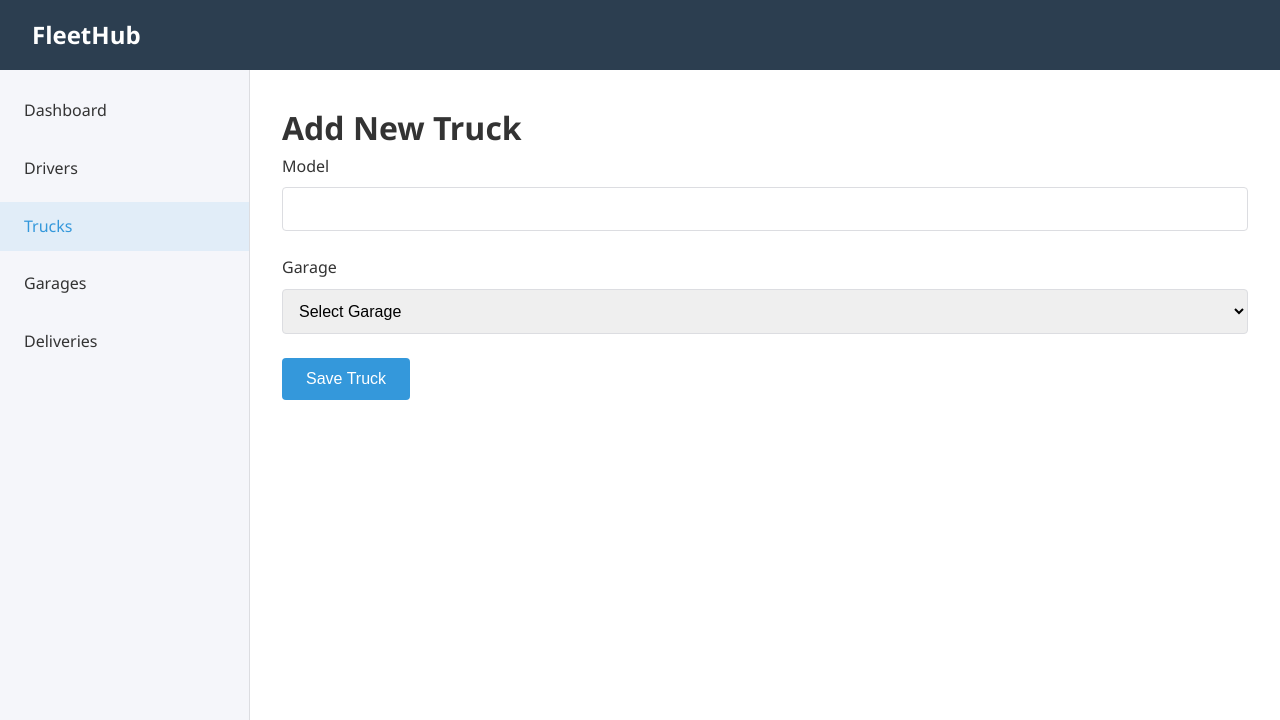
Repository: fevren2001/fleethub
Page: /trucks/new (app in fleethub-frontend/)
These files come from the project's save history. The page is drawn as it stood at one moment and after the next save; the edit follows.
The browser window is 1280 px wide. The pictures show the whole page.
The page's requests for data from a server got no answer. The project was rebuilt for these pictures with package versions that can differ from the ones it lists, and the page was loaded fresh each time. No one was signed in, and anything a server would have sent is missing. Also part of the build but not shown: fleethub-frontend/vite.config.ts, fleethub-frontend/src/components/common/ProtectedRoute.tsx, fleethub-frontend/src/pages/Login.tsx, fleethub-frontend/src/api/deliveries.ts, fleethub-frontend/src/pages/Dashboard.tsx, fleethub-frontend/src/pages/Drivers/DriversList.tsx, fleethub-frontend/src/pages/Drivers/DriverDetail.tsx, fleethub-frontend/src/components/drivers/DriverForm.tsx and 11 more.

Above is the page before, as saved 2025-07-20 00:05:37.

### fleethub-frontend/src/App.tsx
import React from 'react';
import { BrowserRouter, Routes, Route, Navigate } from 'react-router-dom';
import { AuthProvider } from './context/AuthContext';
import ProtectedRoute from './components/common/ProtectedRoute';

// Pages
import Login from './pages/Login';
import Dashboard from './pages/Dashboard';

// Driver Pages
import DriversList from './pages/Drivers/DriversList';
import DriverDetail from './pages/Drivers/DriverDetail';
import CreateDriver from './pages/Drivers/CreateDriver';
import DriverEdit from './pages/Drivers/DriverEdit';

// Truck Pages
import TrucksList from './pages/Trucks/TrucksList';
import TruckDetail from './pages/Trucks/TruckDetail';
import CreateTruck from './pages/Trucks/CreateTruck';
import TruckEdit from './pages/Trucks/TruckEdit';

// Garage Pages
import GaragesList from './pages/Garages/GaragesList';
import GarageDetail from './pages/Garages/GarageDetail';
import CreateGarage from './pages/Garages/CreateGarage';
import GarageEdit from './pages/Garages/GarageEdit';

// Deliveries Page
import DeliveriesList from './pages/Deliveries/DeliveriesList';

function App() {
  return (
    <AuthProvider>
      <BrowserRouter>
        <Routes>
          <Route path="/login" element={<Login />} />

          <Route path="/" element={
            <ProtectedRoute>
              <Dashboard />
            </ProtectedRoute>
          } />

          {/* Driver Routes */}
          <Route path="/drivers" element={<DriversList />} />
          <Route path="/drivers/new" element={<CreateDriver />} />
          <Route path="/drivers/:id" element={<DriverDetail />} />
          <Route path="/drivers/:id/edit" element={<DriverEdit />} />

          {/* Truck Routes */}
          <Route path="/trucks" element={<TrucksList />} />
          {/* <Route path="/trucks/create" element={<CreateTruck />} /> */}
          <Route path="/trucks/new" element={<CreateTruck />} />

          <Route path="/trucks/:id" element={<TruckDetail />} />
          <Route path="/trucks/edit/:id" element={<TruckEdit />} />

          {/* Garage Routes */}
          <Route path="/garages" element={<GaragesList />} />
          <Route path="/garages/create" element={<CreateGarage />} />
          <Route path="/garages/:id" element={<GarageDetail />} />
          <Route path="/garages/edit/:id" element={<GarageEdit />} />

          {/* Deliveries Route */}
          <Route path="/deliveries" element={<DeliveriesList />} />

          <Route path="*" element={<Navigate to="/" replace />} />
        </Routes>
      </BrowserRouter>
    </AuthProvider>
  );
}

export default App;

### fleethub-frontend/src/context/AuthContext.tsx
// src/context/AuthContext.tsx
import React, { createContext, useState, useEffect } from 'react';
import { login as apiLogin, getCurrentUser } from '../api/auth';

interface AuthContextType {
  user: any | null;
  isAuthenticated: boolean;
  isLoading: boolean;
  login: (email: string, password: string) => Promise<void>;
  logout: () => void;
}

export const AuthContext = createContext<AuthContextType>({} as AuthContextType);

export const AuthProvider: React.FC<{children: React.ReactNode}> = ({ children }) => {
  const [user, setUser] = useState<any | null>(null);
  const [isLoading, setIsLoading] = useState(true);

  useEffect(() => {
    const checkAuth = async () => {
      const token = localStorage.getItem('token');
      if (token) {
        try {
          const userData = await getCurrentUser();
          setUser(userData);
        } catch (error) {
          localStorage.removeItem('token');
        }
      }
      setIsLoading(false);
    };

    checkAuth();
  }, []);

  const login = async (email: string, password: string) => {
    setIsLoading(true);
    try {
      const { token, user } = await apiLogin({ email, password });
      localStorage.setItem('token', token);
      setUser(user);
    } finally {
      setIsLoading(false);
    }
  };

  const logout = () => {
    localStorage.removeItem('token');
    setUser(null);
  };

  return (
    <AuthContext.Provider value={{ user, isAuthenticated: !!user, isLoading, login, logout }}>
      {children}
    </AuthContext.Provider>
  );
};

### fleethub-frontend/src/pages/Trucks/CreateTruck.tsx
// src/pages/Trucks/CreateTruck.tsx
import React, { useState } from 'react';
import { useNavigate } from 'react-router-dom';
import MainLayout from '../../components/common/MainLayout';
import TruckForm from '../../components/trucks/TruckForm';
import { createTruck } from '../../api/trucks';
import { TruckFormData } from '../../types/truck';

const CreateTruck: React.FC = () => {
  const [isSubmitting, setIsSubmitting] = useState(false);
  const [error, setError] = useState('');
  const navigate = useNavigate();

  const handleSubmit = async (data: TruckFormData) => {
    setIsSubmitting(true);
    setError('');

    try {
      // Convert skill to a number
      const formattedData = {
        ...data,
        skill: typeof data.model === 'string' ? data.garageId : data.garageId
      };

      await createTruck(formattedData);
      navigate('/trucks');
    } catch (err: any) {
      setError(err.response?.data?.message || 'Failed to create truck');
      console.error('Create error:', err); // Added for debugging
    } finally {
      setIsSubmitting(false);
    }
  };

  return (
    <MainLayout>
      <div className="create-truck">
        <h1>Add New Truck</h1>

        {error && <div className="error-message">{error}</div>}

        <TruckForm
          onSubmit={handleSubmit}
          isSubmitting={isSubmitting}
        />
      </div>
    </MainLayout>
  );
};

export default CreateTruck;

### fleethub-frontend/src/api/auth.ts
// src/api/auth.ts
import apiClient from './apiClient';

export interface LoginCredentials {
  email: string;
  password: string;
}

export interface AuthResponse {
  token: string;
  user: any;
}

export const login = async (credentials: LoginCredentials): Promise<AuthResponse> => {
  const response = await apiClient.post<AuthResponse>('/auth/login', credentials);
  return response.data;
};

export const register = async (userData: any): Promise<AuthResponse> => {
  const response = await apiClient.post<AuthResponse>('/auth/register', userData);
  return response.data;
};

export const getCurrentUser = async (): Promise<any> => {
  const response = await apiClient.get('/auth/me');
  return response.data;
};

### fleethub-frontend/src/hooks/useAuth.ts
// src/hooks/useAuth.ts
import { useContext } from 'react';
import { AuthContext } from '../context/AuthContext';

export const useAuth = () => {
  const context = useContext(AuthContext);
  if (context === undefined) {
    throw new Error('useAuth must be used within an AuthProvider');
  }
  return context;
};

### fleethub-frontend/src/components/common/MainLayout.tsx
// src/components/common/MainLayout.tsx
import React from 'react';
import Navbar from './Navbar';
import Sidebar from './Sidebar';

interface MainLayoutProps {
  children: React.ReactNode;
}

const MainLayout: React.FC<MainLayoutProps> = ({ children }) => {
  return (
    <div className="app-container">
      <Navbar />
      <div className="content-container">
        <Sidebar />
        <main className="main-content">
          {children}
        </main>
      </div>
    </div>
  );
};

export default MainLayout;

### fleethub-frontend/src/api/drivers.ts
import apiClient from './apiClient';
import { Driver, DriverFormData } from '../types/driver';

export const getAllDrivers = async (): Promise<Driver[]> => {
  const response = await apiClient.get<Driver[]>('/drivers');
  return response.data;
};

export const getDriverById = async (id: string): Promise<Driver> => {
  const response = await apiClient.get<Driver>(`/drivers/${id}`);
  return response.data;
};

export const createDriver = async (driverData: DriverFormData): Promise<Driver> => {
  const response = await apiClient.post<Driver>('/drivers', driverData);
  return response.data;
};
export const updateDriver = async (id: number, driverData: Partial<DriverFormData>): Promise<Driver> => {
  const { name, skill } = driverData;

  const response = await apiClient.put<Driver>(`/drivers/${id}`, { name, skill });
  return response.data;
};

export const deleteDriver = async (id: string): Promise<void> => {
  await apiClient.delete(`/drivers/${id}`);
};

export const assignToTruck = async (driverId: string, truckId: string): Promise<any> => {
  const response = await apiClient.post(`/drivers/${driverId}/assign/${truckId}`);
  return response.data;
};

export const removeFromTruck = async (truckId: string): Promise<any> => {
  const response = await apiClient.delete(`/trucks/${truckId}/driver`);
  return response.data;
};

### fleethub-frontend/src/api/trucks.ts
import apiClient from './apiClient';
import { Truck, TruckFormData } from '../types/truck';

export const getAllTrucks = async (): Promise<Truck[]> => {
  const response = await apiClient.get<Truck[]>('/trucks');
  return response.data;
};

export const getTruckById = async (id: string): Promise<Truck> => {
  const response = await apiClient.get<Truck>(`/trucks/${id}`);
  return response.data;
};

export const createTruck = async (truckData: TruckFormData): Promise<Truck> => {
  const response = await apiClient.post<Truck>('/trucks', truckData);
  return response.data;
};
export const updateTruck = async (id: number, truckData: Partial<TruckFormData>): Promise<Truck> => {
  const { model, garageId } = truckData;

  const response = await apiClient.put<Truck>(`/trucks/${id}`, { model, garageId });
  return response.data;
};

export const deleteTruck = async (id: string): Promise<void> => {
  await apiClient.delete(`/trucks/${id}`);
};

export const assignToTruck = async (truckId: string, truckId2: string): Promise<any> => {
  const response = await apiClient.post(`/trucks/${truckId}/assign/${truckId2}`);
  return response.data;
};

export const removeFromTruck = async (truckId: string): Promise<any> => {
  const response = await apiClient.delete(`/trucks/${truckId}/truck`);
  return response.data;
};

export const assignDriverToTruck = async (truckId: number, driverId: number): Promise<Truck> => {
  const response = await apiClient.post<Truck>(`/trucks/${truckId}/assign-driver`, { driverId });
  return response.data;
};

### fleethub-frontend/src/components/trucks/TruckForm.tsx
import React, { useState, useEffect } from 'react';
import { Truck, CreateTruckPayload, UpdateTruckPayload, TruckStatus } from '../../types/truck';
import { getAllGarages } from '../../api/garages';
import { getAllDrivers } from '../../api/drivers';

interface Garage {
  id: number;
  name: string;
  city: string;
}

interface Driver {
  id: number;
  name: string;
}

interface TruckFormProps {
  initialData?: Partial<Truck>;
  onSubmit: (data: CreateTruckPayload | UpdateTruckPayload) => void;
  isSubmitting: boolean;
}

const TruckForm: React.FC<TruckFormProps> = ({ initialData = {}, onSubmit, isSubmitting }) => {
  const [formData, setFormData] = useState({
    model: initialData.model || '',
    status: initialData.status || 'idle' as TruckStatus,
    fuel: initialData.fuel || 100,
    condition: initialData.condition || 100,
    garageId: initialData.garageId || null as number | null,
    driverId: initialData.driverId || null as number | null
  });

  const [garages, setGarages] = useState<Garage[]>([]);
  const [drivers, setDrivers] = useState<Driver[]>([]);

  useEffect(() => {
    const loadData = async () => {
      try {
        const [garagesData, driversData] = await Promise.all([
          getAllGarages(),
          getAllDrivers()
        ]);
        setGarages(garagesData);
        setDrivers(driversData);
      } catch (error) {
        console.error('Failed to load form data:', error);
      }
    };

    loadData();
  }, []);

  const handleChange = (e: React.ChangeEvent<HTMLInputElement | HTMLSelectElement>) => {
    const { name, value, type } = e.target;

    if (type === 'range') {
      setFormData(prev => ({ ...prev, [name]: Number(value) }));
    } else if (name === 'garageId' || name === 'driverId') {
      setFormData(prev => ({
        ...prev,
        [name]: value ? Number(value) : null
      }));
    } else {
      setFormData(prev => ({ ...prev, [name]: value }));
    }
  };

  const handleSubmit = (e: React.FormEvent) => {
    e.preventDefault();

    if (initialData.id) {
      // Edit mode
      const updatePayload: UpdateTruckPayload = {
        model: formData.model,
        status: formData.status,
        fuel: formData.fuel,
        condition: formData.condition,
        garageId: formData.garageId,
        driverId: formData.driverId
      };
      onSubmit(updatePayload);
    } else {
      // Create mode
      const createPayload: CreateTruckPayload = {
        model: formData.model,
        garageId: formData.garageId
      };
      onSubmit(createPayload);
    }
  };

  const isEditing = !!initialData.id;

  return (
    <form onSubmit={handleSubmit} className="truck-form">
      <div className="form-group">
        <label htmlFor="model">Model</label>
        <input
          id="model"
          name="model"
          type="text"
          value={formData.model}
          onChange={handleChange}
          required
        />
      </div>

      {isEditing && (
        <>
          <div className="form-group">
            <label htmlFor="status">Status</label>
            <select
              id="status"
              name="status"
              value={formData.status}
              onChange={handleChange}
            >
              <option value="idle">Idle</option>
              <option value="en route">En Route</option>
              <option value="maintenance">Maintenance</option>
            </select>
          </div>

          <div className="form-group">
            <label htmlFor="fuel">Fuel ({formData.fuel}%)</label>
            <input
              type="range"
              id="fuel"
              name="fuel"
              min="0"
              max="100"
              value={formData.fuel}
              onChange={handleChange}
            />
          </div>

          <div className="form-group">
            <label htmlFor="condition">Condition ({formData.condition}%)</label>
            <input
              type="range"
              id="condition"
              name="condition"
              min="0"
              max="100"
              value={formData.condition}
              onChange={handleChange}
            />
          </div>
        </>
      )}

      <div className="form-group">
        <label htmlFor="garageId">Garage</label>
        <select
          id="garageId"
          name="garageId"
          value={formData.garageId || ''}
          onChange={handleChange}
        >
          <option value="">Select Garage</option>
          {garages.map((garage) => (
            <option key={garage.id} value={garage.id}>
              {garage.id} - {garage.city}
            </option>
          ))}
        </select>
      </div>

      {isEditing && (
        <div className="form-group">
          <label htmlFor="driverId">Driver</label>
          <select
            id="driverId"
            name="driverId"
            value={formData.driverId || ''}
            onChange={handleChange}
          >
            <option value="">Select Driver</option>
            {drivers.map((driver) => (
              <option key={driver.id} value={driver.id}>
                {driver.name}
              </option>
            ))}
          </select>
        </div>
      )}

      <button type="submit" className="submit-button" disabled={isSubmitting}>
        {isSubmitting ? 'Saving...' : isEditing ? 'Update Truck' : 'Save Truck'}
      </button>
    </form>
  );
};

export default TruckForm;

### fleethub-frontend/src/api/garages.ts
import apiClient from './apiClient';
import { Garage, CreateGaragePayload, UpdateGaragePayload } from '../types/garage';

export const getAllGarages = async (): Promise<Garage[]> => {
  const response = await apiClient.get<Garage[]>('/garages');
  return response.data;
};

export const getGarageById = async (id: string): Promise<Garage> => {
  const response = await apiClient.get<Garage>(`/garages/${id}`);
  return response.data;
};

export const createGarage = async (garageData: CreateGaragePayload): Promise<Garage> => {
  const response = await apiClient.post<Garage>('/garages', garageData);
  return response.data;
};

export const updateGarage = async (id: number, garageData: UpdateGaragePayload): Promise<Garage> => {
  const response = await apiClient.put<Garage>(`/garages/${id}`, garageData);
  return response.data;
};

export const deleteGarage = async (id: string): Promise<void> => {
  await apiClient.delete(`/garages/${id}`);
};

export const fetchGarages = getAllGarages; // Alias for compatibility

### fleethub-frontend/src/api/apiClient.ts
// src/api/apiClient.ts
import axios from 'axios';

const apiClient = axios.create({
  baseURL: 'http://localhost:5000', // adjust to your backend URL
  headers: {
    'Content-Type': 'application/json',
  },
});

apiClient.interceptors.request.use(
  (config) => {
    const token = localStorage.getItem('token');
    if (token) {
      config.headers.Authorization = `Bearer ${token}`;
    }
    return config;
  },
  (error) => Promise.reject(error)
);

export default apiClient;

### fleethub-frontend/src/components/common/Navbar.tsx
// src/components/common/Navbar.tsx
import React from 'react';
import { Link } from 'react-router-dom';
import { useAuth } from '../../hooks/useAuth';

const Navbar: React.FC = () => {
  const { user, logout } = useAuth();

  return (
    <nav className="navbar">
      <div className="navbar-brand">
        <Link to="/">FleetHub</Link>
      </div>

      <div className="navbar-menu">
        {user && (
          <div className="user-menu">
            <span>Welcome, {user.name}</span>
            <button onClick={logout}>Logout</button>
          </div>
        )}
      </div>
    </nav>
  );
};

export default Navbar;

### fleethub-frontend/src/components/common/Sidebar.tsx
// src/components/common/Sidebar.tsx
import React from 'react';
import { NavLink } from 'react-router-dom';

const Sidebar: React.FC = () => {
  return (
    <aside className="sidebar">
      <ul className="sidebar-menu">
        <li>
          <NavLink to="/" end>Dashboard</NavLink>
        </li>
        <li>
          <NavLink to="/drivers">Drivers</NavLink>
        </li>
        <li>
          <NavLink to="/trucks">Trucks</NavLink>
        </li>
        <li>
          <NavLink to="/garages">Garages</NavLink>
        </li>
        <li>
          <NavLink to="/deliveries">Deliveries</NavLink>
        </li>
      </ul>
    </aside>
  );
};

export default Sidebar;

Loaded but not shown: fleethub-frontend/index.html (common file); fleethub-frontend/src/main.tsx (common file); fleethub-frontend/src/index.css (276 lines, source omitted)

After the next save:
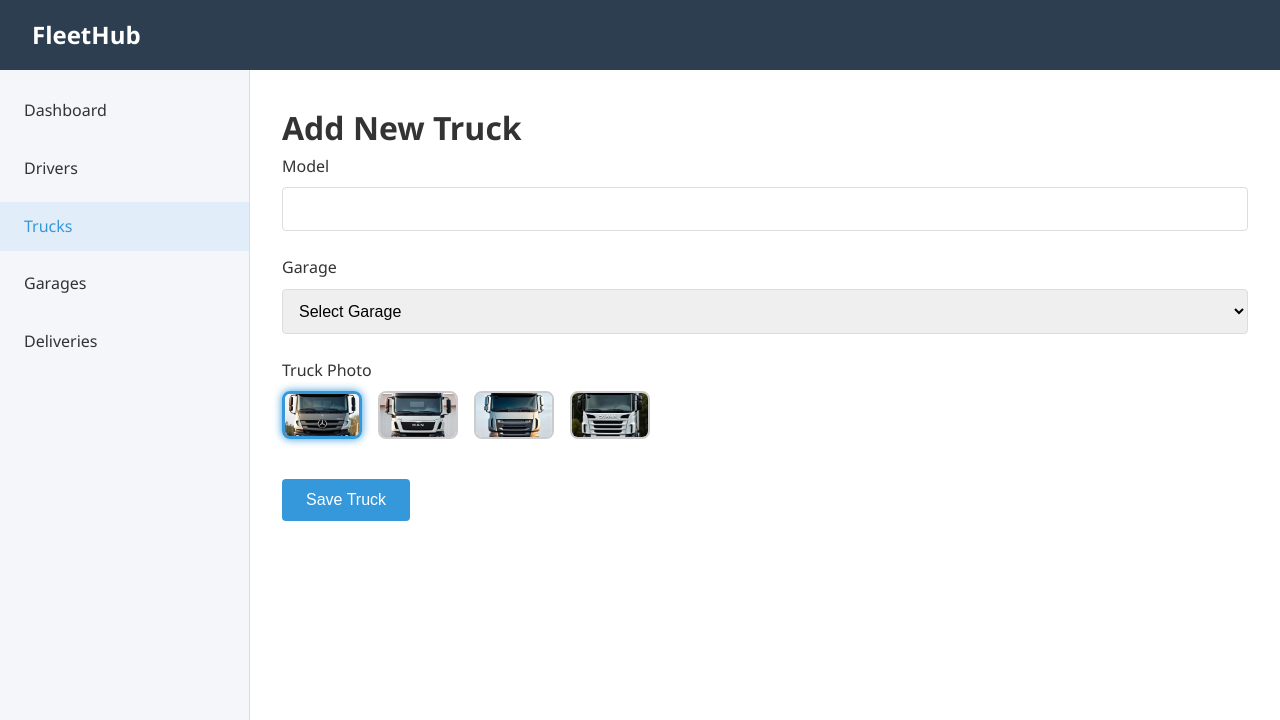
Saved 13 s later.
--- a/fleethub-frontend/src/components/trucks/TruckForm.tsx
+++ b/fleethub-frontend/src/components/trucks/TruckForm.tsx
@@ -19,6 +19,13 @@ interface TruckFormProps {
   onSubmit: (data: CreateTruckPayload | UpdateTruckPayload) => void;
   isSubmitting: boolean;
 }
+
+const TRUCK_PHOTOS = [
+  '/src/assets/truck_photos/truck1.webp',
+  '/src/assets/truck_photos/truck2.jpg',
+  '/src/assets/truck_photos/truck3.webp',
+  '/src/assets/truck_photos/truck4.webp',
+];
 
 const TruckForm: React.FC<TruckFormProps> = ({ initialData = {}, onSubmit, isSubmitting }) => {
   const [formData, setFormData] = useState({
@@ -27,7 +34,8 @@ const TruckForm: React.FC<TruckFormProps> = ({ initialData = {}, onSubmit, isSub
     fuel: initialData.fuel || 100,
     condition: initialData.condition || 100,
     garageId: initialData.garageId || null as number | null,
-    driverId: initialData.driverId || null as number | null
+    driverId: initialData.driverId || null as number | null,
+    photoUrl: initialData.photoUrl || TRUCK_PHOTOS[0],
   });
 
   const [garages, setGarages] = useState<Garage[]>([]);
@@ -185,6 +193,36 @@ const TruckForm: React.FC<TruckFormProps> = ({ initialData = {}, onSubmit, isSub
         </div>
       )}
 
+      <div className="form-group">
+        <label>Truck Photo</label>
+        <div style={{ display: 'flex', gap: '1rem' }}>
+          {TRUCK_PHOTOS.map(photo => (
+            <label key={photo} style={{ cursor: 'pointer' }}>
+              <input
+                type="radio"
+                name="photoUrl"
+                value={photo}
+                checked={formData.photoUrl === photo}
+                onChange={() => setFormData(prev => ({ ...prev, photoUrl: photo }))}
+                style={{ display: 'none' }}
+              />
+              <img
+                src={photo}
+                alt="Truck"
+                style={{
+                  width: 80,
+                  height: 48,
+                  borderRadius: 8,
+                  border: formData.photoUrl === photo ? '3px solid #3498db' : '2px solid #ccc',
+                  boxShadow: formData.photoUrl === photo ? '0 0 8px #3498db' : 'none',
+                  objectFit: 'cover',
+                }}
+              />
+            </label>
+          ))}
+        </div>
+      </div>
+
       <button type="submit" className="submit-button" disabled={isSubmitting}>
         {isSubmitting ? 'Saving...' : isEditing ? 'Update Truck' : 'Save Truck'}
       </button>
